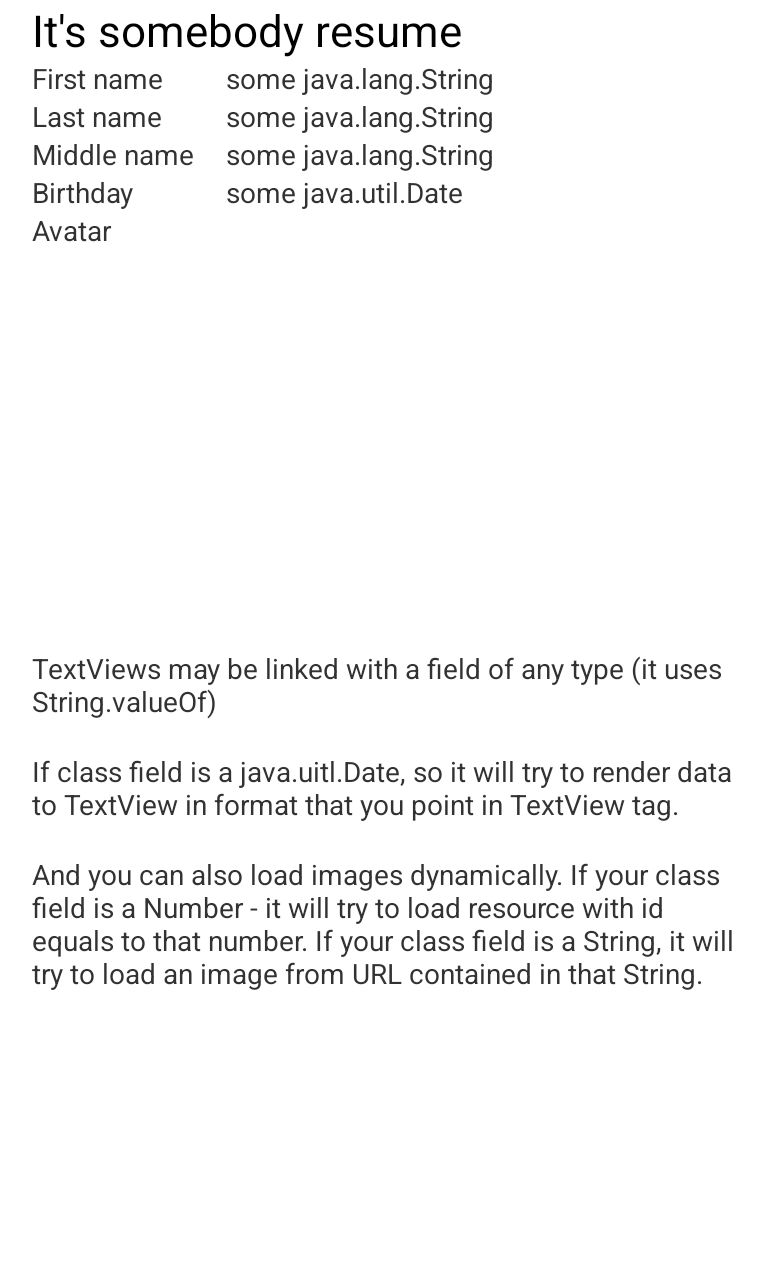
Repository: egslava/android-net-list-utils
Layout: NetUtilsSamples/res/layout/activity_simple_mapping.xml
The author's editor kept a copy of each file at every save. The layout is drawn from the files as they stood at one save, then again after the next save.
It is drawn on a 768 x 1280 px phone screen (xhdpi) without system bars, with theme AppTheme; the app's code is not run.

Above is the layout before, as saved 2013-10-11 10:45:17.

After the next save:
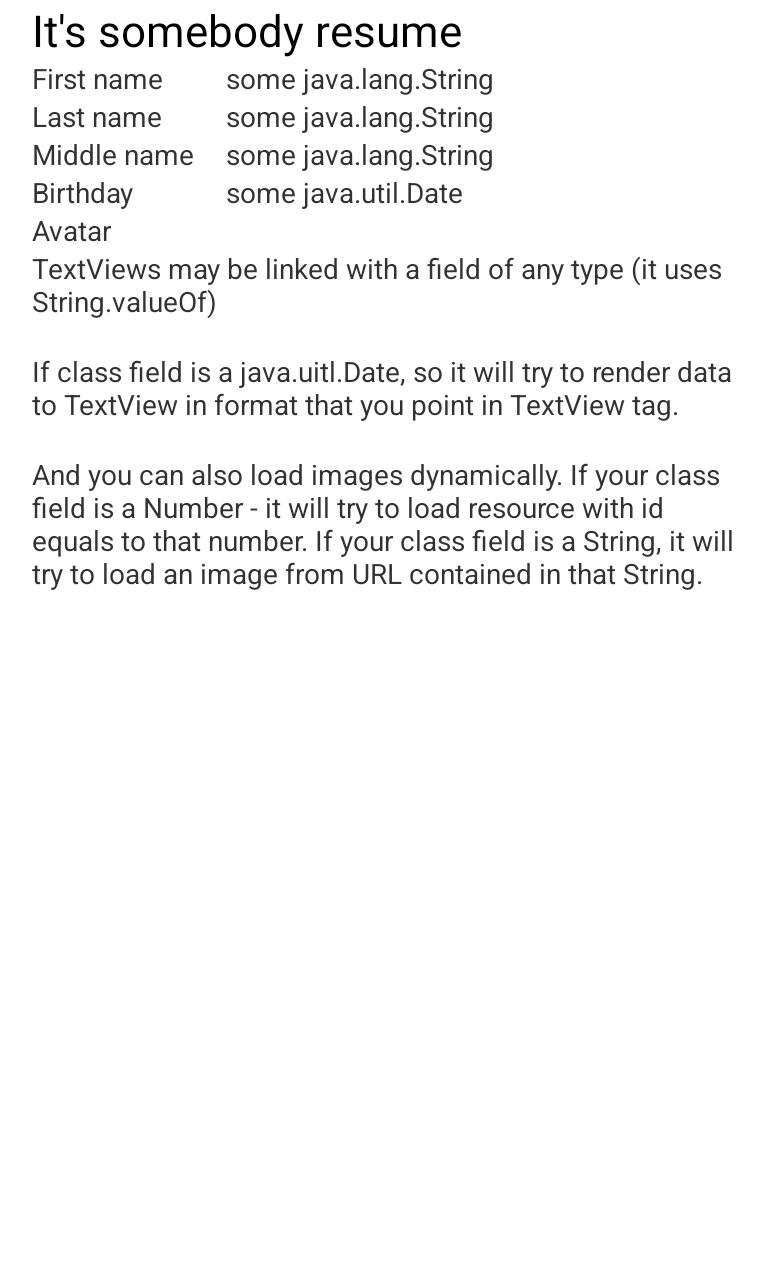
Saved 4 min 49 s later.
--- a/NetUtilsSamples/res/layout/activity_simple_mapping.xml
+++ b/NetUtilsSamples/res/layout/activity_simple_mapping.xml
@@ -69,8 +69,8 @@
 
             <ImageView
                 android:id="@+id/$avatar"
-                android:layout_width="200dp"
-                android:layout_height="200dp"
+                android:layout_width="wrap_content"
+                android:layout_height="wrap_content"
                 android:layout_alignParentLeft="true"
                 android:layout_below="@+id/textView6"/>
 
